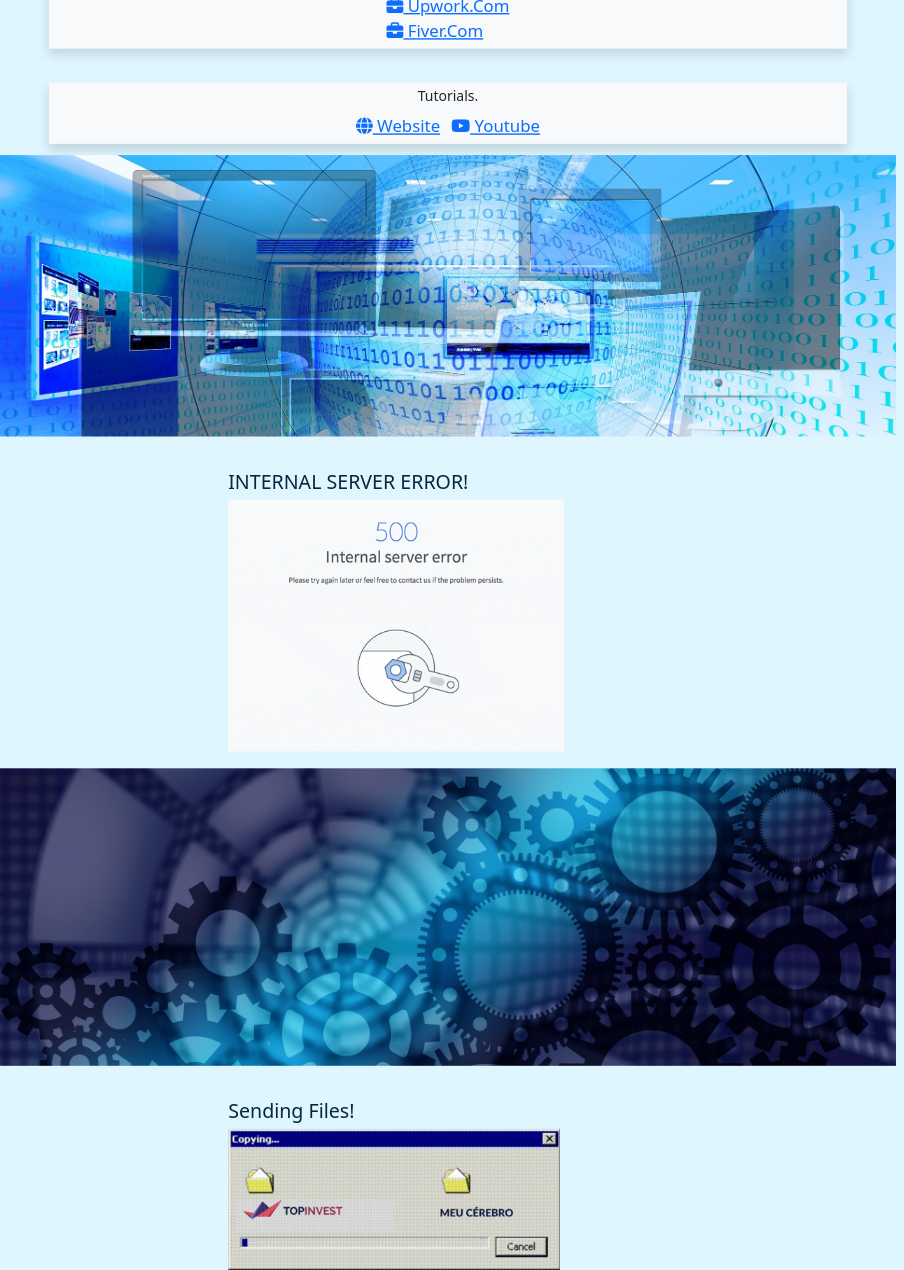
Repository: initer3737/initer3737.github.io
Page: index.html
The author's editor kept a copy of each file at every save. The page is drawn from the files as they stood at one save, then again after the next save.
The browser window is 1280 px wide. The page is 1292 px wide, so the pictures cover 1292 px, including what lies to the right of the window. The pictures show the part of the page from y = 1312 to 3192 px (the page is 3126 px tall before and 3192 px after), at 70% of full size.
Some web libraries are served in a nearby version.

Above is the page before, as saved 2022-06-12 08:20:25.
Console error: TypeError: Cannot set properties of null (setting 'innerHTML')

After the next save:
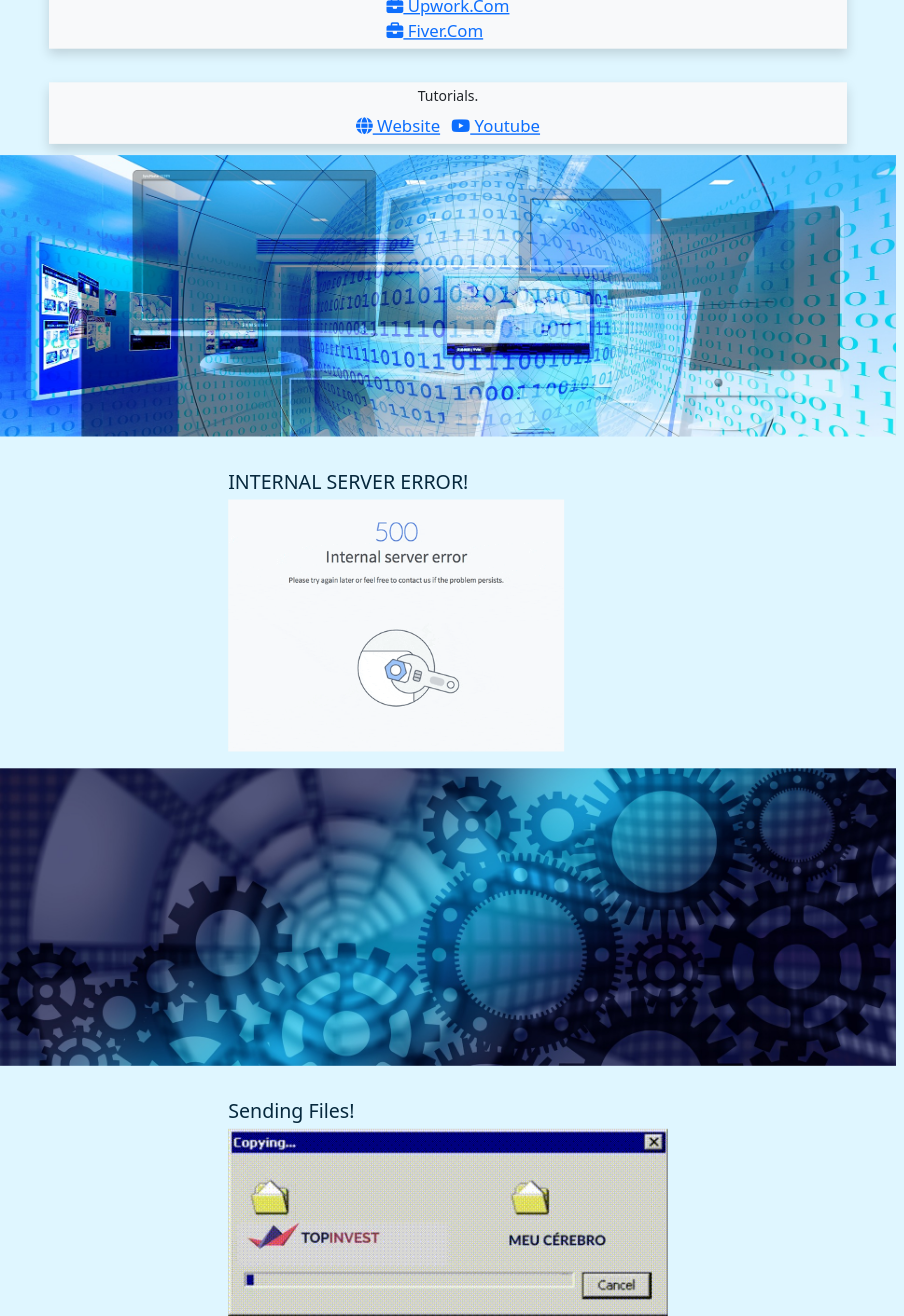
Saved 28 s later.
--- a/index.html
+++ b/index.html
@@ -98,7 +98,7 @@
            <div class="col-6 mt-5 m-auto">
             <div class="d-flex flex-row flex-wrap">
                 <h3 class="color-4">sending files!</h3>
-                <img src="img/giphy (1).gif" class="img-fluid" alt="">
+                <img src="img/giphy (1).gif" class="img-fluid w-100" alt="">
             </div>
            </div>
        </div>
